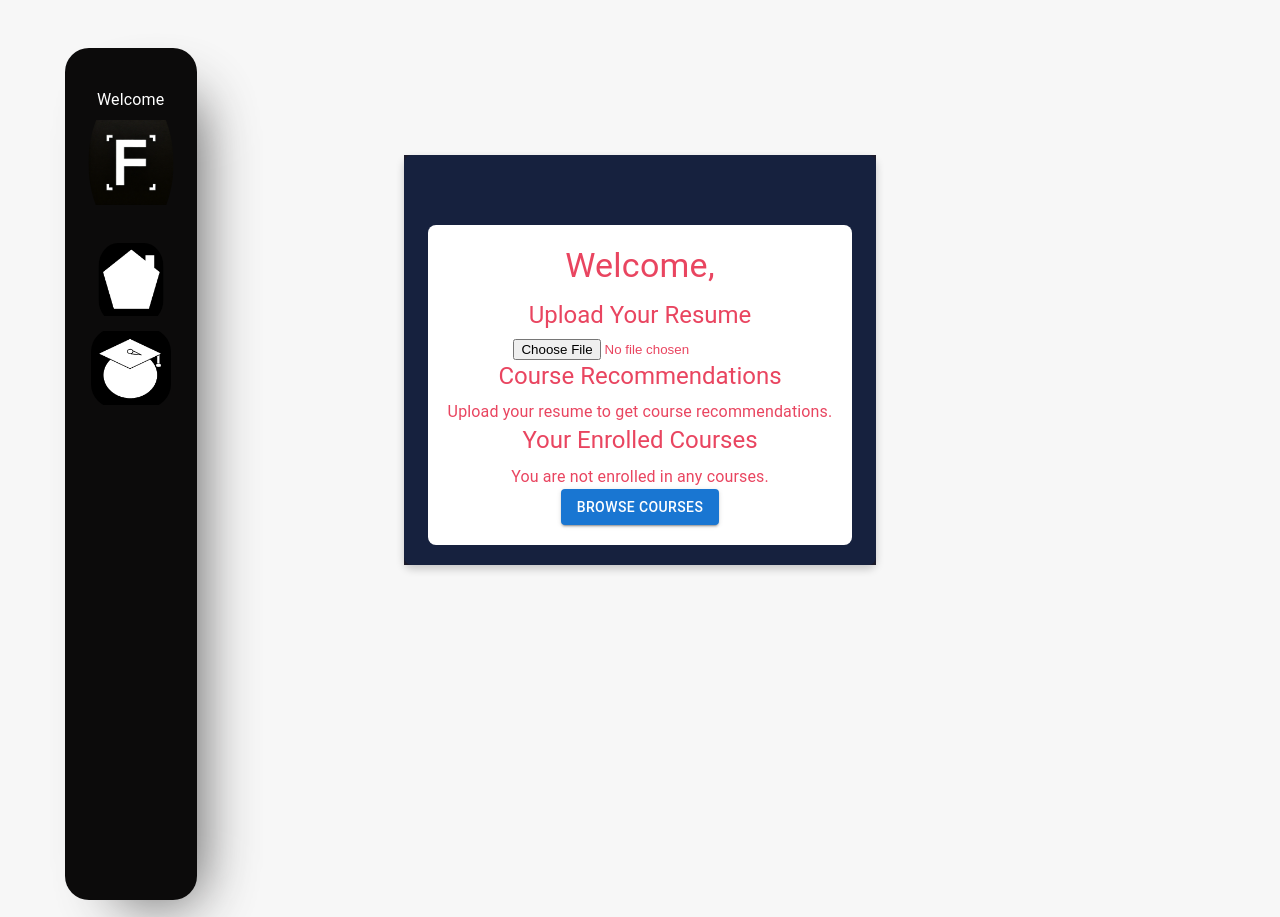
Repository: jvt2/OnlineCourseApp
Page: /dashboard
The author's editor kept a copy of each file at every save. The page is drawn from the files as they stood at one save, then again after the next save.
The browser window is 1280 px wide. The pictures show the whole page.
The page's requests for data from a server got no answer. The project was rebuilt for these pictures with package versions that can differ from the ones it lists, and the page was loaded fresh each time. No one was signed in, and anything a server would have sent is missing. Also part of the build but not shown: src/features/auth/Register.js, src/features/auth/Login.js, src/features/courses/ResumeUpload.js, src/features/courses/CourseRecommendations.js, src/components/common/MyModal.js, src/features/courses/CourseCatalog.js, src/features/courses/CourseDetail.js, src/components/common/Navbar.js and 3 more. Imported but missing from the stored project, and not drawn on this page: src/app/reportWebVitals.

Above is the page before, as saved 2024-07-15 11:14:43.

### src/index.js
import React from 'react';
import ReactDOM from 'react-dom/client';
import { Provider } from 'react-redux';
import store from './redux/store';
import './index.css';
import App from './app/App';
import reportWebVitals from './app/reportWebVitals';

const root = ReactDOM.createRoot(document.getElementById('root'));
root.render(
  <React.StrictMode>
    <App />
  </React.StrictMode>
);

// If you want to start measuring performance in your app, pass a function
// to log results (for example: reportWebVitals(console.log))
// or send to an analytics endpoint. Learn more: https://bit.ly/CRA-vitals
reportWebVitals();

### src/redux/store.js
// src/redux/store.js

import { configureStore } from '@reduxjs/toolkit';
import userReducer from './userReducer';

const store = configureStore({
  reducer: {
    user: userReducer,
  },
});

export default store;

### src/app/App.js
import { BrowserRouter as Router, Route, Routes } from 'react-router-dom';
import React, { useState } from 'react';
import logo from '../logo.svg';
import './App.css';
import Register from '../features/auth/Register';
import Login from '../features/auth/Login';
import CourseCatalog from '../features/courses/CourseCatalog';
import CourseDetail from '../features/courses/CourseDetail';
import UserDashboard from '../features/dashboard/Dashboard';
import Navbar from '../components/common/Navbar';
import { Provider } from 'react-redux';
import store from '../redux/store'; // import your Redux store here
import Logout from '../features/auth/Logout'; // Import the Logout component
import Chatbot from '../features/chatbot/Chatbot';
import CourseRecommendations from '../features/courses/CourseRecommendations';
import axios from 'axios';
import ResumeUpload from '../features/courses/ResumeUpload';
import LandingPage from '../components/common/LandingPage';

function App() {
  const [loggedIn, setLoggedIn] = useState(false);
  const [users, setUsers] = useState([]);
  const [currentUser, setCurrentUser] = useState(null);
  const [recommendations, setRecommendations] = useState([]);

  const handleResumeUpload = (newRecommendations) => {
    console.log('New Recommendations:', newRecommendations);
    setRecommendations(newRecommendations);
  };

  const [courses, setCourses] = useState([
    {id: 1, name: 'Course 1', description: 'This is course 1'},
    {id: 2, name: 'Course 2', description: 'This is course 2'}
  ]);

  const handleRegister = async (username, password) => {
    try {
      const response = await axios.post('http://localhost:3001/register', { username, password });
      alert(response.data.message);
      // Log in the new user if registration is successful
      handleLogin(username, password);
    } catch (error) {
      alert(error.response.data.message);
    }
  };

  const handleLogin = async (username, password) => {
    try {
      const response = await axios.post('http://localhost:3001/login', { username, password });
      localStorage.setItem('token', response.data.token);
      setLoggedIn(true);
      setCurrentUser({ username });
    } catch (error) {
      alert('Login failed. Please check your username and password.');
    }
  };

  const handleEnroll = async (course) => {
    try {
      const token = localStorage.getItem('token');
      await axios.post('http://localhost:3001/enroll', { courseId: course.id }, {
        headers: { 'Authorization': `Bearer ${token}` }
      });
      setEnrolledCourses([...enrolledCourses, course]);
    } catch (error) {
      console.error('Enrollment failed', error);
    }
  };

  const [enrolledCourses, setEnrolledCourses] = useState([]);
  const [isModalOpen, setIsModalOpen] = useState(false);

  const handleSelectRecommendation = (recommendation) => {
    const newCourse = {
      id: courses.length + 1,
      name: recommendation.text,
      description: 'This is a recommended course based on your resume.'
    };

    setCourses([...courses, newCourse]);
    setEnrolledCourses([...enrolledCourses, newCourse]);
    setIsModalOpen(false);
  };

  return (
    <Provider store={store}>
      <Router>
        <div className="App">
          <Routes>
            <Route path="/" element={<LandingPage />} />
            <Route path="/register" element={<Register />} />
            <Route path="/login" element={<Login />} />
            <Route path="/dashboard" element={<UserDashboard />} /> {/* Added this line */}
          </Routes>
        </div>
      </Router>
    </Provider>
  );
}

export default App;

### src/redux/userReducer.js
// src/redux/userReducer.js
// src/redux/userReducer.js
import { createSlice } from '@reduxjs/toolkit';

const initialState = {
  id: null,
  email: null,
  token: null,
};

const userSlice = createSlice({
  name: 'user',
  initialState,
  reducers: {
    logIn(state, action) {
      state.id = action.payload.id;
      state.email = action.payload.email;
      state.token = action.payload.token;
    },
    logOut(state) {
      state.id = null;
      state.email = null;
      state.token = null;
    },
  },
});

export const { logIn, logOut } = userSlice.actions;
export default userSlice.reducer;

### src/app/App.css
/* App.css */
:root {
  --primary-bg-color: #1E1E2F;
  --secondary-bg-color: #282840;
  --primary-text-color: #F5F5F5;
  --link-color: #61dafb;
  --accent-color: #FF6B6B;
  --navbar-height: 4rem;
  --content-padding: 20px;
  --border-radius: 8px;
  --transition-duration: 0.3s;
  --gradient-bg-color: linear-gradient(120deg, #84fab0 0%, #8fd3f4 100%);
}

.App {
  text-align: center;
  font-family: 'Arial', sans-serif;
  background-color: var(--primary-bg-color);
}

.App-logo {
  height: 40vmin;
  pointer-events: none;
  filter: drop-shadow(0 0 10px var(--accent-color));
}

.App-header {
  background-color: var(--secondary-bg-color);
  min-height: 100vh;
  display: flex;
  flex-direction: column;
  align-items: center;
  justify-content: center;
  font-size: calc(10px + 2vmin);
  color: var(--primary-text-color);
  border-bottom-left-radius: var(--border-radius);
  border-bottom-right-radius: var(--border-radius);
}

.App-link {
  color: var(--link-color);
  transition: color var(--transition-duration);
}

.App-link:hover {
  color: var(--accent-color);
}

@media (prefers-reduced-motion: no-preference) {
  .App-logo {
    animation: App-logo-spin infinite 20s linear;
  }
}

@keyframes App-logo-spin {
  from {
    transform: rotate(0deg);
  }
  to {
    transform: rotate(360deg);
  }
}

.site-navbar {
  display: flex;
  align-items: center;
  background: var(--gradient-bg-color);
  padding: 10px 20px;
  height: var(--navbar-height);
  font-weight: 500;
  box-shadow: 0 4px 6px rgba(0, 0, 0, 0.1);
}

.navbar-nav {
  display: flex;
  align-items: center;
  list-style: none;
  margin: 0;
  padding: 0;
  flex-grow: 1;
  justify-content: center;
}

.nav-item {
  display: flex;
  align-items: center;
  justify-content: center;
  text-decoration: none;
  color: var(--primary-text-color);
  padding: 15px 25px;
  transition: all 0.3s ease-in-out;
  border-radius: var(--border-radius);
  position: relative;
}

.nav-item:before {
  content: '';
  position: absolute;
  top: 0;
  left: 0;
  width: 0;
  height: 100%;
  background: var(--accent-color);
  border-radius: var(--border-radius);
  transition: width 0.3s ease-in-out;
  z-index: -1;
}

.nav-item:hover:before {
  width: 100%;
}

.nav-item:hover {
  color: var(--secondary-bg-color);
  box-shadow: 0 4px 8px rgba(0, 0, 0, 0.2);
  text-decoration: none;
}

.navbar-brand {
  margin-right: auto;
  color: var(--primary-text-color);
  font-size: 1.5em;
  font-weight: bold;
}

.App-content {
  padding: var(--content-padding);
  color: var(--primary-text-color);
}

.App-footer {
  text-align: center;
  padding: var(--content-padding);
  background-color: var(--secondary-bg-color);
  color: var(--primary-text-color);
  box-shadow: 0 -4px 6px rgba(0, 0, 0, 0.1);
}

.course-recommendations {
  width: 80%;
  margin: auto;
  background: #f9f9f9;
  padding: 20px;
  border-radius: 5px;
  box-shadow: 0px 0px 10px rgba(0, 0, 0, 0.1);
}

.course-recommendations h2 {
  text-align: center;
  color: #333;
}

.course-recommendations .course {
  padding: 10px 0;
  border-bottom: 1px solid #eee;
}

.course-recommendations .course:last-child {
  border-bottom: none;
}

.course-recommendations .course button {
  margin-left: 10px;
}

body {
  background-color: #1a1a2e;
  color: #e94560;
}

.MuiContainer-root {
  background-color: #16213e;
  border-radius: 8px;
  padding: 20px;
  box-shadow: 0 4px 8px rgba(0, 0, 0, 0.2);
}

.customTextField .MuiInputBase-input {
  color: #fff;
  background-color: rgba(255, 255, 255, 0.1);
}

.customTextField .MuiInputLabel-root {
  color: rgba(255, 255, 255, 0.7);
}

.customTextField .MuiInputLabel-root.Mui-focused {
  color: #fff;
}

.customTextField .MuiOutlinedInput-root {
  &.Mui-focused .MuiOutlinedInput-notchedOutline {
    border-color: #fff;
  }
  & .MuiOutlinedInput-notchedOutline {
    border-color: rgba(255, 255, 255, 0.5);
  }
}

### src/features/dashboard/Dashboard.js
// src/features/dashboard/Dashboard.js
import React, { useEffect, useState } from 'react';
import axios from 'axios';
import { useSelector } from 'react-redux';
import { Container, Typography, Button, Box, List, ListItem, ListItemText } from '@mui/material';
import { useNavigate } from 'react-router-dom';
import './Dashboard.css'; // Correct import for CSS

function Dashboard() {
  const [enrolledCourses, setEnrolledCourses] = useState([]);
  const [recommendations, setRecommendations] = useState([]);
  const token = useSelector(state => state.user.token);
  const userId = useSelector(state => state.user.id);
  const userEmail = useSelector(state => state.user.email);
  const navigate = useNavigate();

  useEffect(() => {
    const fetchEnrolledCourses = async () => {
      try {
        const response = await axios.get(`http://localhost:3001/user/${userId}/courses`, {
          headers: { Authorization: `Bearer ${token}` }
        });
        setEnrolledCourses(response.data);
      } catch (error) {
        console.error('Error fetching enrolled courses:', error);
      }
    };

    const fetchRecommendations = async () => {
      try {
        const response = await axios.get(`http://localhost:3001/user/${userId}/recommendations`, {
          headers: { Authorization: `Bearer ${token}` }
        });
        setRecommendations(response.data);
      } catch (error) {
        console.error('Error fetching recommendations:', error);
      }
    };

    fetchEnrolledCourses();
    fetchRecommendations();
  }, [userId, token]);

  const handleResumeUpload = async (event) => {
    const formData = new FormData();
    formData.append('resume', event.target.files[0]);

    try {
      const response = await axios.post('http://localhost:3001/uploadResume', formData, {
        headers: {
          'Content-Type': 'multipart/form-data',
          Authorization: `Bearer ${token}`,
        },
      });
      setRecommendations(response.data.recommendations);
    } catch (error) {
      console.error('Error uploading resume:', error);
    }
  };

  return (
    <Container component="main" maxWidth="md">
      <Box className="sidebar">
        <div className="sidebar-blur"></div>
        <div className="sidebar-main">
          <Typography className="sidebar-logo">Welcome</Typography>
          <div className="sidebar-icon icon-home"></div>
          <div className="sidebar-icon icon-graduation"></div>
          <div className="sidebar-icon icon-user"></div>
          <div className="sidebar-icon icon-message"></div>
          <div className="sidebar-icon icon-settings"></div>
          <div className="sidebar-icon icon-logout"></div>
        </div>
      </Box>
      <Box className="dashboard-container">
        <Typography className="dashboard-header" variant="h4" gutterBottom>
          Welcome, {userEmail}
        </Typography>
        <Box className="upload-container">
          <Typography variant="h5" gutterBottom>
            Upload Your Resume
          </Typography>
          <input type="file" onChange={handleResumeUpload} accept=".pdf,.doc,.docx,.txt" />
        </Box>
        <Box className="recommendations-container">
          <Typography variant="h5" gutterBottom>
            Course Recommendations
          </Typography>
          {recommendations.length > 0 ? (
            <List>
              {recommendations.map((rec, index) => (
                <ListItem key={index}>
                  <ListItemText primary={rec.title} secondary={rec.description} />
                </ListItem>
              ))}
            </List>
          ) : (
            <Typography variant="body1">Upload your resume to get course recommendations.</Typography>
          )}
        </Box>
        <Box className="enrolled-courses-container">
          <Typography variant="h5" gutterBottom>
            Your Enrolled Courses
          </Typography>
          {enrolledCourses.length > 0 ? (
            <List>
              {enrolledCourses.map(course => (
                <ListItem key={course.id}>
                  <ListItemText primary={course.name} />
                </ListItem>
              ))}
            </List>
          ) : (
            <Typography variant="body1">You are not enrolled in any courses.</Typography>
          )}
        </Box>
        <Box className="button-container">
          <Button variant="contained" color="primary" onClick={() => navigate('/courses')}>
            Browse Courses
          </Button>
        </Box>
      </Box>
    </Container>


  );
}

export default Dashboard;

### src/features/auth/Logout.js
// Logout.js
import { useEffect } from 'react';
import { useDispatch } from 'react-redux';
import { useNavigate } from 'react-router-dom';
import { logOut } from '../../redux/reducers/userslice'; // Import the logOut action

function Logout() {
  const navigate = useNavigate();
  const dispatch = useDispatch();

  useEffect(() => {
    localStorage.removeItem('token'); // Remove the token from local storage
    dispatch(logOut()); // Dispatch the logOut action
    navigate('/login'); // Navigate to the login page
  }, [dispatch, navigate]);

  return null;
}

export default Logout;

### src/components/common/LandingPage.css
body {
    display: flex;
    justify-content: center;
    align-items: center;
    height: 100vh;
    background-color: #f7f7f7;
    margin: 0;
    font-family: 'Roboto', sans-serif;
  }

  .sign-in-container {
    display: flex;
    justify-content: center;
    align-items: center;
    height: 100%;
    width: 100%;
  }

  .sign-in-form {
    background-color: white;
    padding: 60px;
    border-radius: 10px;
    box-shadow: 0 4px 8px rgba(0, 0, 0, 0.1);
    text-align: center;
    max-width: 600px;
    width: 90%;
  }

  .logo {
    width: 200px;
    height: 200px;
    margin-bottom: 30px;
    background-color: white;
    border-radius: 10px;
  }

  h1 {
    margin: 0;
    font-size: 32px;
    font-weight: 700;
  }

  .subtitle {
    margin: 10px 0;
    color: #555;
    font-size: 18px;
  }

  .google-sign-in {
    background-color: #ffffff;
    color: #000;
    border: 1px solid #ccc;
    padding: 15px;
    width: 100%;
    border-radius: 5px;
    margin-bottom: 30px;
    display: flex;
    justify-content: center;
    align-items: center;
    cursor: pointer;
    font-size: 18px;
    font-weight: 500;
    transition: background-color 0.3s;
  }

  .google-sign-in:hover {
    background-color: #f0f0f0;
  }

  .google-logo {
    width: 25px;
    margin-right: 10px;
  }

  .separator {
    display: flex;
    align-items: center;
    text-align: center;
    margin: 30px 0;
    color: #aaa;
    font-size: 18px;
  }

  .separator::before,
  .separator::after {
    content: '';
    flex: 1;
    border-bottom: 1px solid #ccc;
  }

  .separator:not(:empty)::before {
    margin-right: .5em;
  }

  .separator:not(:empty)::after {
    margin-left: .5em;
  }

  .email-input,
  .password-input {
    width: 100%;
    padding: 15px;
    margin-bottom: 30px;
    border: 1px solid #ccc;
    border-radius: 5px;
    font-size: 18px;
    transition: border-color 0.3s;
  }

  .email-input:focus,
  .password-input:focus {
    border-color: #007bff;
    outline: none;
  }

  .continue-button {
    background-color: #9b51e0;
    color: white;
    border: none;
    padding: 15px;
    width: 100%;
    border-radius: 5px;
    font-size: 18px;
    font-weight: 500;
    cursor: pointer;
    transition: background-color 0.3s;
    margin-bottom: 10px; /* Add margin to separate the buttons */
  }

  .continue-button:hover {
    background-color: #7a3bc0;
  }

  .email-error {
    color: red;
    margin-top: 10px;
    font-size: 14px;
  }


  .back-button {
    background-color: #ccc;
    color: white;
    border: none;
    padding: 15px;
    width: 100%;
    border-radius: 5px;
    font-size: 18px;
    font-weight: 500;
    cursor: pointer;
    transition: background-color 0.3s;
    margin-bottom: 10px; /* Add margin to separate the buttons */
  }

  .back-button:hover {
    background-color: #aaa;
  }

  .sign-up-link {
    margin-top: 30px;
    color: #aaa;
    font-size: 18px;
  }

  .sign-up-link a {
    color: #9b51e0;
    text-decoration: none;
  }

  .sign-up-link a:hover {
    text-decoration: underline;
  }

### src/features/dashboard/Dashboard.css
/* Dashboard CSS */

/* General styles for the dashboard */
.dashboard-container {
    background: #FFFFFF;
    padding: 20px;
    border-radius: 8px;
    margin-top: 50px;
    text-align: center;
  }

  /* Sidebar styles */
  .sidebar {
    position: absolute;
    width: 132px;
    height: 853.12px;
    left: 32.34px;
    top: 24.02px;
    display: flex;
    flex-direction: column;
    align-items: center;
    justify-content: space-around; /* Evenly distribute space around the items */
    padding: 20px 0;
  }

  .sidebar-blur {
    position: absolute;
    width: 81.01px;
    height: 804px;
    left: 83.32px;
    top: 73.14px;
    background: #0C0B0B;
    opacity: 0.7;
    filter: blur(30px);
    border-radius: 24px;
  }

  .sidebar-main {
    position: absolute;
    width: 132px;
    height: 852px;
    left: 32.34px;
    top: 24.02px;
    background: #0C0B0B;
    border-radius: 24px;
  }

  .sidebar-logo {
    position: absolute;
    width: 85px;
    height: 150px;
    left: 74.46px;
    top: 39.67px;
    font-family: 'Baloo Bhai';
    font-style: normal;
    -webkit-text-fill-color: #FFFFFF;
    font-weight: 400;
    font-size: 64px;
    line-height: 102px;
    background-image: url('/public/assets/Designer.png');
    background-size: contain;
    background-position: center;
    background-repeat: no-repeat;
    border-radius: 70%;
    position: absolute;
    left: 50%;
    transform: translateX(-50%);
    margin-bottom: 40px; /* Adjust as needed */
  }

  .sidebar-icon {
    position: absolute;
    width: 26px;
    height: 26px;
    left: 85.15px;
    margin-bottom: 30px; /* Adjust as needed */
  }

  .sidebar-icon.icon-home {
    width: 65px;
    height: 80px;
    background-image: url('/public/assets/home_I.png');
    border-radius: 30%;
    position: absolute;
    left: 50%;
    transform: translateX(-50%);
    background-size: contain;
    background-repeat: no-repeat;
    top:22.84%;
  }

  .icon-graduation {
    top: 32.84%;
    width: 80px;
    height: 80px;
    background-position: center;
    background-image: url('/public/assets/enroll.png');
    border-radius: 30%;
    position: absolute;
    left: 50%;
    transform: translateX(-50%);
    background-size: contain;
    background-repeat: no-repeat;
  }

  .icon-user {
    top: 42.46%;
    width: 80px;
    height: 80px;
    background-position: center;

  }

  .icon-message {
    top: 52.44%;
    background-position: center;
  }

  .icon-settings {
    top: 62.11%;
  }

  .icon-logout {
    top: 89.95%;
    background-position: center;
  }

  .icon-background {
    background: #FFFFFF;
    background-position: center;
  }

### src/redux/reducers/userslice.js
import { createSlice } from '@reduxjs/toolkit';

const userSlice = createSlice({
  name: 'user',
  initialState: { name: '', loggedIn: false },
  reducers: {
    logIn: (state, action) => {
      state.name = action.payload.name;
      state.loggedIn = true;
    },
    logOut: (state) => {
      state.name = '';
      state.loggedIn = false;
    }
  }
});

export const { logIn, logOut } = userSlice.actions;
export default userSlice.reducer;

Loaded but not shown: public/index.html (common file); src/index.css (common file)

After the next save:
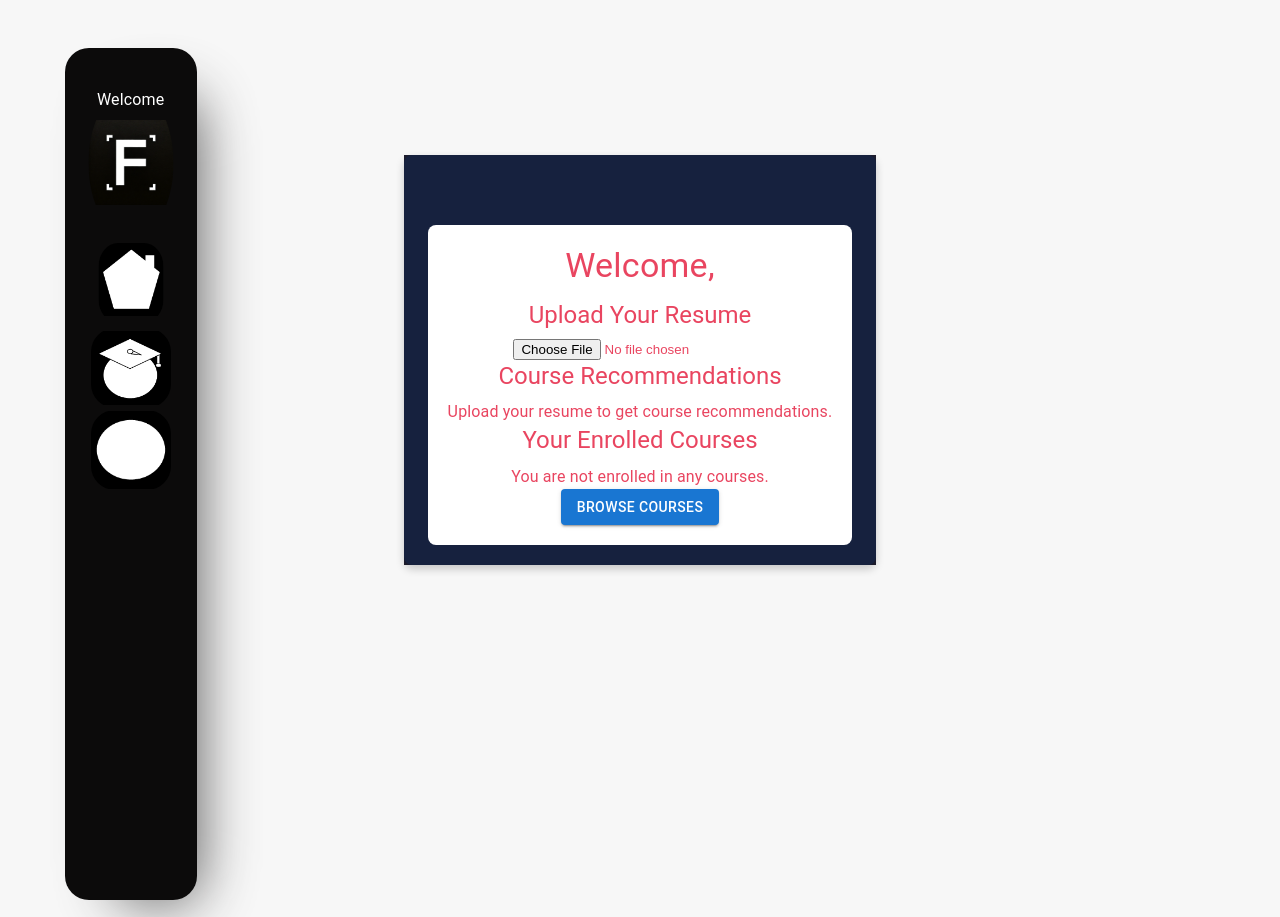
Saved 5 min 40 s later.
--- a/src/features/dashboard/Dashboard.css
+++ b/src/features/dashboard/Dashboard.css
@@ -108,6 +108,14 @@
     width: 80px;
     height: 80px;
     background-position: center;
+    background-position: center;
+    background-image: url('/public/assets/user.png');
+    border-radius: 30%;
+    position: absolute;
+    left: 50%;
+    transform: translateX(-50%);
+    background-size: contain;
+    background-repeat: no-repeat;
 
   }
 
